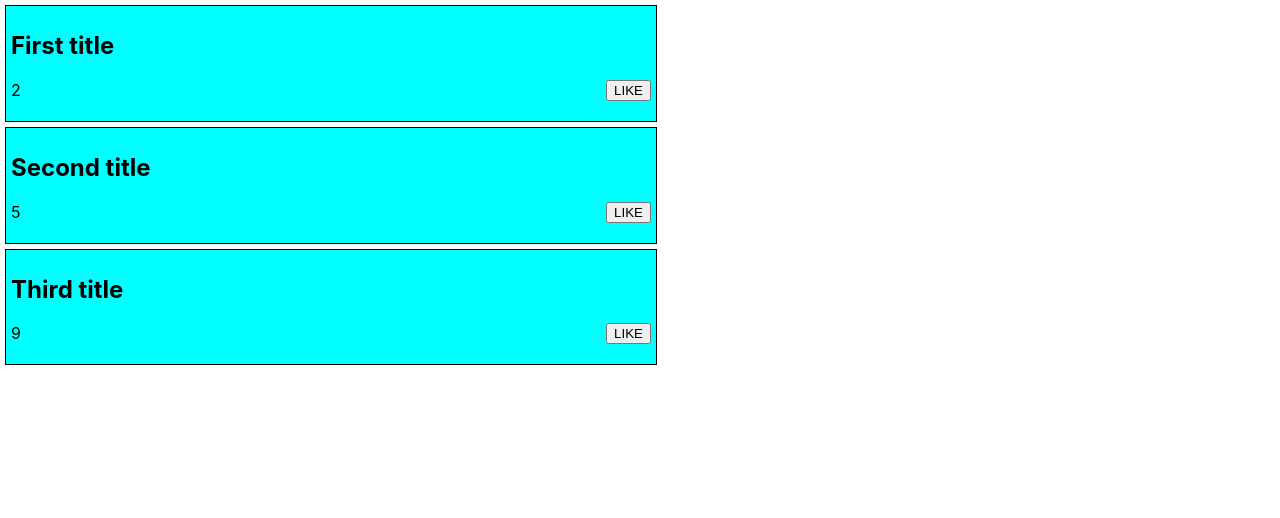
Repository: asapvtec98/egzamin
Page: /
These files come from the project's save history. The page is drawn as it stood at one moment and after a run of saves; the edit follows.
The browser window is 1280 px wide. The pictures show the whole page.
The project was rebuilt for these pictures with package versions that can differ from the ones it lists, and the page was loaded fresh each time.

Above is the page before, as saved 2023-11-14 09:35:06.

### src/App.js
import React from "react";
import Komentarz from "./components/Comment";
function App() {
  const comments = [
    {
      title: "First title",
      likes: 2
    },
    {
      title: "Second title",
      likes: 5
    },
    {
      title: "Third title",
      likes: 9
    }
  ]

  const displayComments = comments.map((comment) =>
      <div className="Comment">
        <Komentarz title={comment.title} likes={comment.likes}></Komentarz>
      </div>
  )

  return (
    <div className="App">
        {displayComments}
    </div>
  )
}

export default App;

### src/components/Comment.js
import React, { useState } from "react";
import "./Comment.css";

function Komentarz(props) {
    const [likes, setLike] = useState(false);
    const [count, setCount] = useState(parseInt(props.likes));
    const [show, setShow] = useState(true);

    const handleLikes = () => {
        if(!likes) {
            setLike(true);
            setCount(count + 1);
        } else {
            setLike(false);
            setCount(count - 1);
        }


    };

    return(
        <div className="comment">
            <h2>{props.title}</h2>
            <div className="likes_section">
                <button type="button" onClick={() => {
                    setShow(!show)
                    handleLikes();
                }}>{show === true ? 'LIKE' : 'DISLIKE'}</button>
                <p>{count}</p>
            </div>
        </div>
    )

}
export default Komentarz;

### src/components/Comment.css
.comment {
    border: 1px solid black;
    background-color:aqua;
    width: 50%;
    padding: 5px;
    margin: 5px;
}

.likes_section {
    button {
        float: right;
    }
}

Loaded but not shown: public/index.html (common file); src/index.js (common file); src/index.css (common file); src/reportWebVitals.js (common file)

After the next 2 saves:
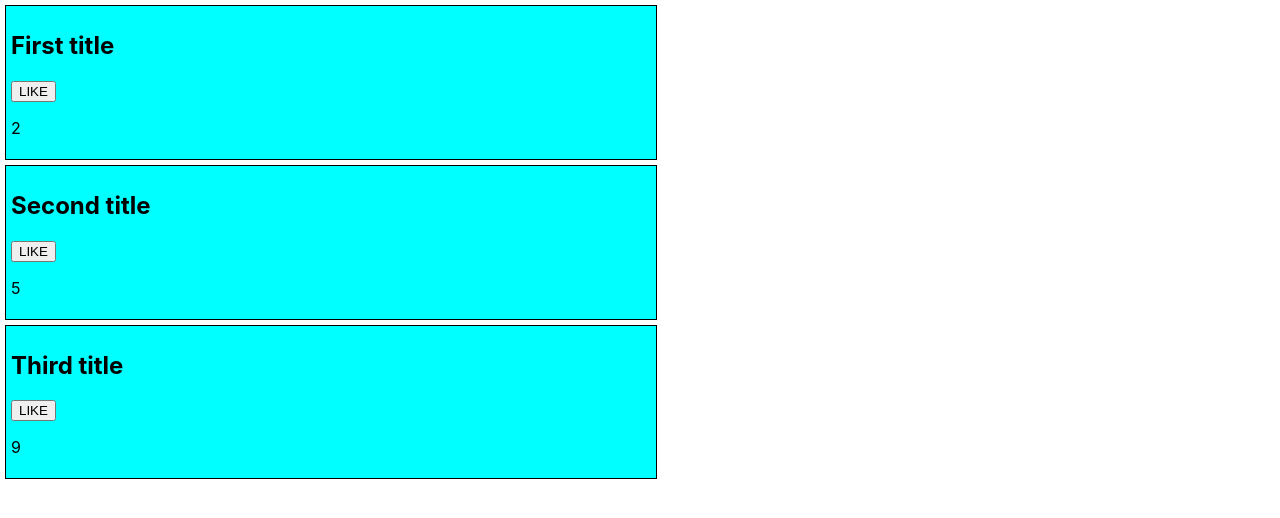
The 2 saves are shown as one change because they came seconds apart.
The last was saved 82 s later.
--- a/src/components/Comment.css
+++ b/src/components/Comment.css
@@ -7,7 +7,5 @@
 }
 
 .likes_section {
-    button {
-        float: right;
-    }
+    display: inline-block;
 }
